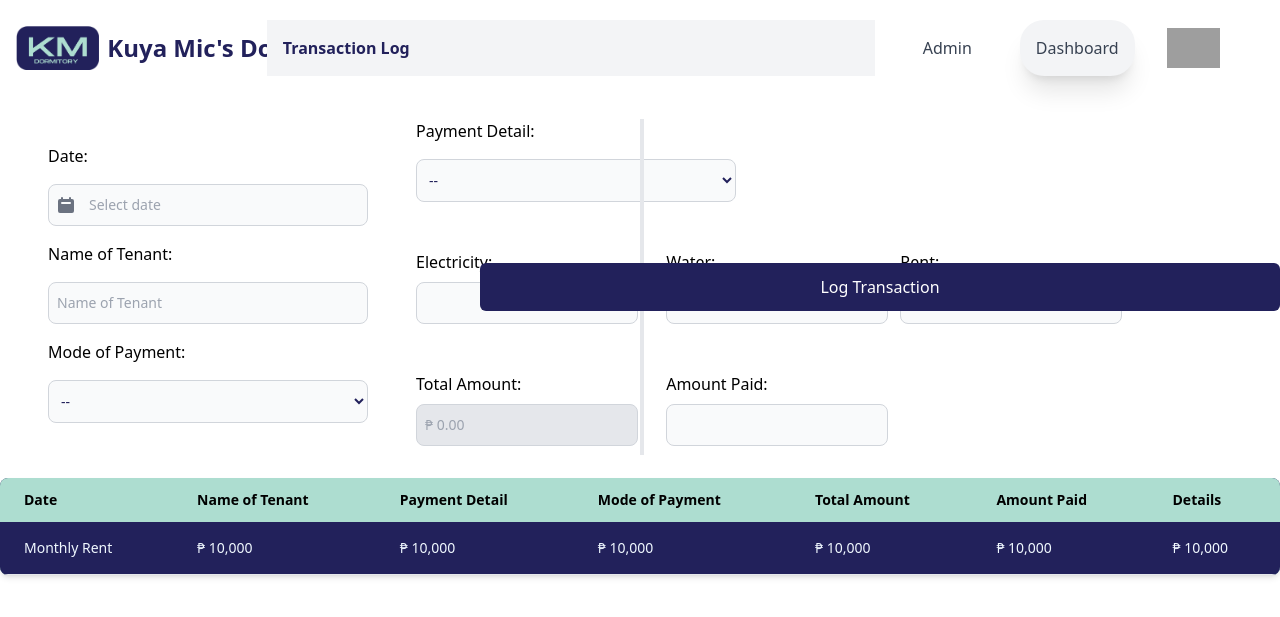
Repository: theamgri/Dormitory-Management-System
Page: paymentactivity.html
These files come from the project's save history. The page is drawn as it stood at one moment and after a run of saves; the edit follows.
The browser window is 1280 px wide. The pictures show the whole page.
Pictures or frames that could not be fetched are drawn as grey boxes. Some web libraries are served in a nearby version.

Above is the page before, as saved 2023-01-11 22:46:03.

### paymentactivity.html
<!DOCTYPE html>
<html lang="en">
<head>
    <script src="https://cdn.tailwindcss.com"></script>
    <script src="https://unpkg.com/flowbite@1.5.5/dist/datepicker.js"></script>
    <meta charset="UTF-8">
    <meta http-equiv="X-UA-Compatible" content="IE=edge">
    <meta name="viewport" content="width=device-width, initial-scale=1.0">
    <link rel="icon" type="image/x-icon" href="/assets/logo.png">
    <title>Payment Activity</title>

    <nav class="bg-white border-gray-200 px-2 sm:px-4 py-1 rounded dark:bg-gray-100">
        <div class="container flex flex-wrap items-center justify-between mx-auto">
          <a href="/" class="flex sm:items-left">
              <img src="/assets/logo.png" class="h-11" alt="KM Logo" />
              <span class="self-center align-middle pl-2 text-2xl font-Montserrat font-bold whitespace-nowrap" style="color: #22215B">Kuya Mic's Dormitory </span>
          </a>

          <button data-collapse-toggle="navbar-default" type="button" class="inline-flex items-center p-2 ml-3 text-sm text-gray-500 rounded-lg md:hidden hover:bg-gray-100 focus:outline-none focus:ring-2 focus:ring-gray-200 dark:text-gray-400 dark:hover:bg-gray-700 dark:focus:ring-gray-600" aria-controls="navbar-default" aria-expanded="false">
          <svg class="w-6 h-6" aria-hidden="true" fill="currentColor" viewBox="0 0 20 20" xmlns="http://www.w3.org/2000/svg"><path fill-rule="evenodd" d="M3 5a1 1 0 011-1h12a1 1 0 110 2H4a1 1 0 01-1-1zM3 10a1 1 0 011-1h12a1 1 0 110 2H4a1 1 0 01-1-1zM3 15a1 1 0 011-1h12a1 1 0 110 2H4a1 1 0 01-1-1z" clip-rule="evenodd"></path></svg>
          </button>
          <div class="hidden w-full md:block md:w-auto" id="navbar-default">

            <ul class="flex flex-col p-4 mt-4 border border-gray-100 rounded-lg md:flex-row md:space-x-8 md:mt-0 md:text-sm md:font-medium md:border-0">

              <li>
                <a href="#" class="block font-bold bg-gray-100 font-Montserrat text-base md:p-4" aria-current="page" style="color: #22215B; margin-left:-38rem;">Transaction Log</a>
              </li>
              <li>
                <a href="index.html" class="block font-Montserrat rounded text-base md:text-gray-700 md:p-4" aria-current="page">Admin</a>
              </li>
              <li>
                <a href="home.html" class="block shadow-xl bg-gray-100 font-Montserrat rounded-3xl text-base md:text-gray-700 md:p-4" aria-current="page">Dashboard</a>
              </li>
              <li>
                <a href="home.html" class="block py-2 pl-0 pr-4" aria-current="page"><img src="https://icones.pro/wp-content/uploads/2021/02/icone-utilisateur-gris.png" class="h-1 mr-3 sm:h-10" alt="KM Logo" /></a>
              </li>
            </ul>
          </div>

        </div>
      </nav>
</head>
<body>

  <div class="relative" style="margin: 3rem; margin-left: 3rem;">
    <h3 style="margin-bottom: 1rem;">Date:</h3>
    <div class="absolute inset-y-0 left-0 items-center pl-2 pointer-events-none" style="padding-top: 3.2rem;">

      <svg aria-hidden="true" class="w-5 h-5 text-gray-500 dark:text-gray-400" fill="currentColor" viewBox="0 0 20 20" xmlns="http://www.w3.org/2000/svg"><path fill-rule="evenodd" d="M6 2a1 1 0 00-1 1v1H4a2 2 0 00-2 2v10a2 2 0 002 2h12a2 2 0 002-2V6a2 2 0 00-2-2h-1V3a1 1 0 10-2 0v1H7V3a1 1 0 00-1-1zm0 5a1 1 0 000 2h8a1 1 0 100-2H6z" clip-rule="evenodd"></path></svg>
    </div>


    <input datepicker type="text" class="bg-gray-50 border border-gray-300 text-gray-900 text-sm rounded-lg focus:ring-blue-500 focus:border-blue-500 block w-80 pl-10 p-2.5 dark:border-gray-600 dark:placeholder-gray-400 dark:text-white dark:focus:ring-blue-500 dark:focus:border-blue-900" placeholder="Select date" style="color: #22215B;";>

  </div>

    <div>
      <div style="margin-left:3rem; margin-top: -2rem;">
      <h3>Name of Tenant:</h3>
      <input type="text" class="bg-gray-50 border border-gray-300 text-gray-900 text-sm rounded-lg focus:ring-blue-500 focus:border-blue-500 block w-80 pl-2 p-2.5 dark:border-gray-600 dark:placeholder-gray-400 dark:text-white dark:focus:ring-blue-500 dark:focus:border-blue-500" style=" margin-top: 1rem; color: #22215B;" placeholder="Name of Tenant">
    </div>
  </div>


    <div style="margin-left:3rem; margin-top: 1rem;">
    <h3>Mode of Payment:</h3>
    <select class="bg-gray-50 border border-gray-300 text-gray-900 text-sm rounded-lg focus:ring-blue-500 focus:border-blue-500 block w-80 pl-2 p-2.5 dark:border-gray-600 dark:placeholder-gray-400 dark:text-white dark:focus:ring-blue-500 dark:focus:border-blue-500" style="color: #22215B; margin-top: 1rem;" placeholder="Mode of Payment">
      <option>--</option>
      <option>Gcash</option>

        <option>Cash-Over the Counter</option>
    </select>
  </div>

<div class="sm:fixed left-1/2 w-1 bg-gray-200" style="margin-top: -19rem; height: 21rem"></div>

<div class="sm:absolute top-15 right-0" style="margin-top: -10rem;">
  <button onclick="location.href='#'" type="submit" class="inline-block mt-0 mb-4 text-white bg-primary-600 focus:ring-4 focus:outline-none focus:ring-primary-300 font-medium rounded-md text-md px-10 py-2.5 sm:text-center" style="background-color:#22215B; height: 3rem; width: 50rem;">Log Transaction</button>
    </div>



    <div class="text" style="margin-left:25rem; margin-top: -20rem; padding: 1rem;">

        <h3>Payment Detail:</h3>
        <select class="bg-gray-50 border border-gray-300 text-gray-900 text-sm rounded-lg focus:ring-blue-500 focus:border-blue-500 block w-80 pl-2 p-2.5 dark:border-gray-600 dark:placeholder-gray-400 dark:text-white dark:focus:ring-blue-500 dark:focus:border-blue-500" style="color: #22215B; margin-top: 1rem;" placeholder="Mode of Payment">
          <option>--</option>
          <option>Gcash</option>

            <option>Cash-Over the Counter</option>
        </select>


  </div>


     <div class="inline-block" style="margin-left:25rem; margin-top: 1rem; padding: 1rem;">
        <h3 style="padding-bottom: 0.5rem">Electricity:</h3>
            <input type="text" class="bg-gray-50 border border-gray-300 text-gray-900 text-sm rounded-lg focus:ring-blue-500 focus:border-blue-500 block w-50 pl-2 p-2.5 dark:border-gray-600 dark:placeholder-gray-400 dark:text-white dark:focus:ring-blue-500 dark:focus:border-blue-500" style="color: #22215B;" placeholder="">
    </div>


    <div class="inline-block" style="margin-left:0.5rem; margin-top: 1rem;">
        <h3 style="padding-bottom: 0.5rem">Water:</h3>
            <input type="text" class="bg-gray-50 border border-gray-300 text-gray-900 text-sm rounded-lg focus:ring-blue-500 focus:border-blue-500 block w-50 pl-2 p-2.5 dark:border-gray-600 dark:placeholder-gray-400 dark:text-white dark:focus:ring-blue-500 dark:focus:border-blue-500" style="color: #22215B;" placeholder="">
    </div>


    <div class="inline-block" style="margin-left:0.5rem; margin-top: 1rem;">
        <h3 style="padding-bottom: 0.5rem">Rent:</h3>
            <input type="text" class="bg-gray-50 border border-gray-300 text-gray-900 text-sm rounded-lg focus:ring-blue-500 focus:border-blue-500 block w-50 pl-2 p-2.5 dark:border-gray-600 dark:placeholder-gray-400 dark:text-white dark:focus:ring-blue-500 dark:focus:border-blue-500" style="color: #22215B;" placeholder="">
    </div>


 <div>
    <div class="inline-block" style="margin-left:25rem; margin-top: 1rem; padding: 1rem;">
      <h3 style="padding-bottom: 0.5rem">Total Amount:</h3>
          <input type="text" class="bg-gray-200 border border-gray-300 text-gray-900 text-sm rounded-lg focus:ring-blue-500 focus:border-blue-500 block w-50 pl-2 p-2.5 dark:border-gray-600 dark:placeholder-gray-400 dark:text-white dark:focus:ring-blue-500 dark:focus:border-blue-500" style="color: #22215B;" placeholder="₱ 0.00">
  </div>


  <div class="inline-block" style="margin-left:0.5rem; margin-top: 1rem;">
      <h3 style="padding-bottom: 0.5rem">Amount Paid:</h3>
          <input type="text" class="bg-gray-50 border border-gray-300 text-gray-900 text-sm rounded-lg focus:ring-blue-500 focus:border-blue-500 block w-50 pl-2 p-2.5 dark:border-gray-600 dark:placeholder-gray-400 dark:text-white dark:focus:ring-blue-500 dark:focus:border-blue-500" style="color: #22215B;" placeholder="">

        </div>


</div>
</div>

<div class="mt-4 relative overflow-x-auto shadow-md sm:rounded-lg" style="background-color:#22215B;">
  <table class="w-full text-sm text-left" style="background-color: #ADDDD0">

    <thead class="text-md">


        <tr><th scope="col" class="px-6 py-3">
          Date
    </th>
      <th scope="col" class="px-6 py-3">
          Name of Tenant
      </th>
      <th scope="col" class="px-6 py-3">
        Payment Detail
      </th>
      <th scope="col" class="px-6 py-3">
        Mode of Payment
      </th>
      <th scope="col" class="px-6 py-3">
        Total Amount
      </th>
      <th scope="col" class="px-6 py-3">
        Amount Paid
      </th>
      <th scope="col" class="px-6 py-3">
        Details
      </th>
     </tr>
    </thead>





    <tbody style="background-color:#22215B; color:aliceblue;">
      <tr class="border-b ">
        <th scope="row" class="px-6 py-4 font-medium">
            Monthly Rent
        </th><th scope="row" class="px-6 py-4 font-medium">
          ₱ 10,000
      </th>
    </th><th scope="row" class="px-6 py-4 font-medium">
      ₱ 10,000
  </th>
</th><th scope="row" class="px-6 py-4 font-medium">
  ₱ 10,000
</th>
</th><th scope="row" class="px-6 py-4 font-medium">
  ₱ 10,000
</th>
</th><th scope="row" class="px-6 py-4 font-medium">
  ₱ 10,000
</th>
</th><th scope="row" class="px-6 py-4 font-medium">
  ₱ 10,000
</th>
    </tr>




</tr>


      </tbody>

  </table>

</div>






</body>
</html>

After the next 2 saves:
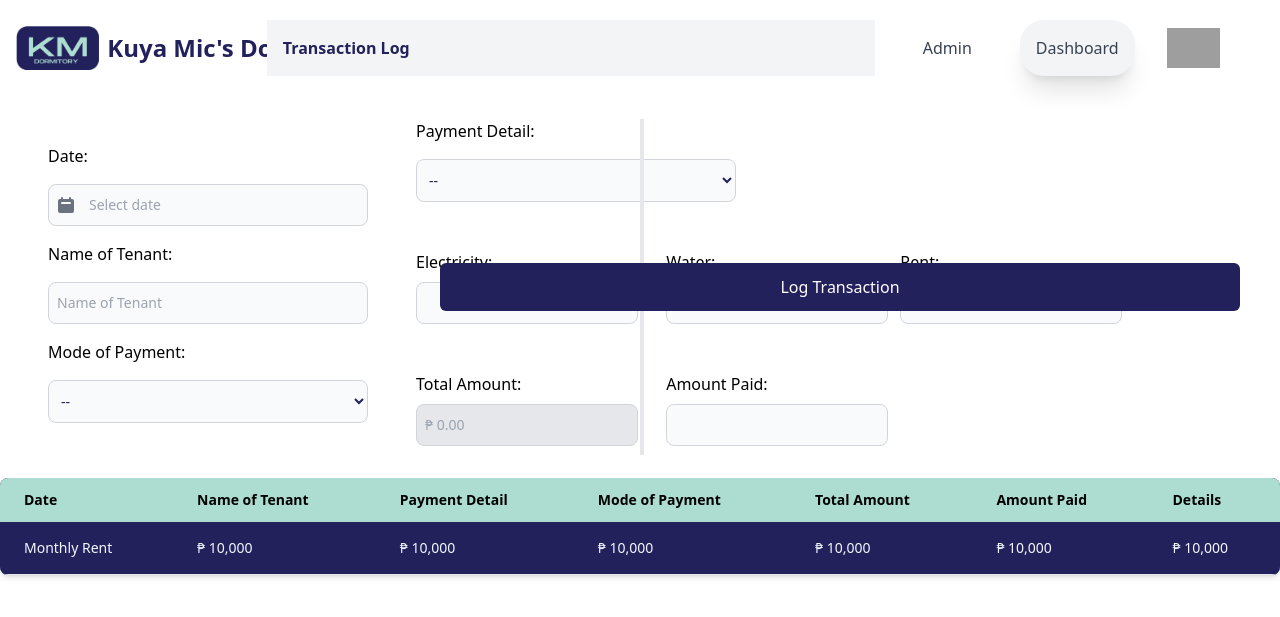
The 2 saves are shown as one change because they came seconds apart.
The last was saved 8 s later.
--- a/paymentactivity.html
+++ b/paymentactivity.html
@@ -75,7 +75,7 @@
 
 <div class="sm:fixed left-1/2 w-1 bg-gray-200" style="margin-top: -19rem; height: 21rem"></div>
 
-<div class="sm:absolute top-15 right-0" style="margin-top: -10rem;">
+<div class="sm:absolute top-15 right-10" style="margin-top: -10rem;">
   <button onclick="location.href='#'" type="submit" class="inline-block mt-0 mb-4 text-white bg-primary-600 focus:ring-4 focus:outline-none focus:ring-primary-300 font-medium rounded-md text-md px-10 py-2.5 sm:text-center" style="background-color:#22215B; height: 3rem; width: 50rem;">Log Transaction</button>
     </div>
 
